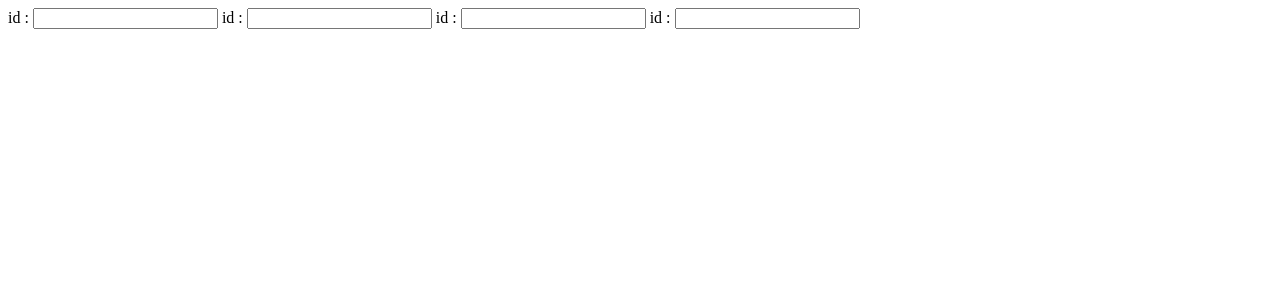
Repository: Aviligonda/Servlet_Programs
Page: http://localhost/SMS/register.jsp
The author's editor kept a copy of each file at every save. The page is drawn from the files as they stood at one save, then again after the next save.
The browser window is 1280 px wide. The pictures show the whole page.
The page is served by Tomcat 9.

Above is the page before, as saved 2024-11-26 07:33:35.

After the next save:
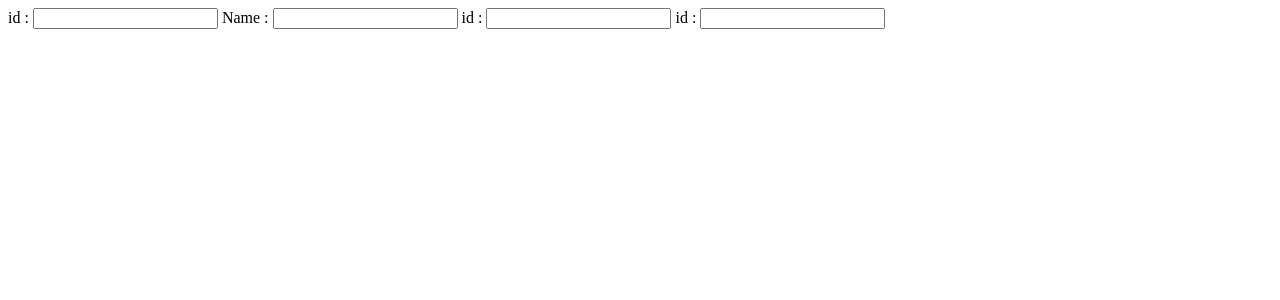
Saved 7 s later.
--- a/SMS/src/main/webapp/register.jsp
+++ b/SMS/src/main/webapp/register.jsp
@@ -9,7 +9,7 @@
 <body>
 <form action="addStuddent.jsp">
 id : <input type="text" name= "id">
-id : <input type="text" name= "id">
+Name : <input type="text" name= "id">
 id : <input type="text" name= "id">
 id : <input type="text" name= "id">
 
